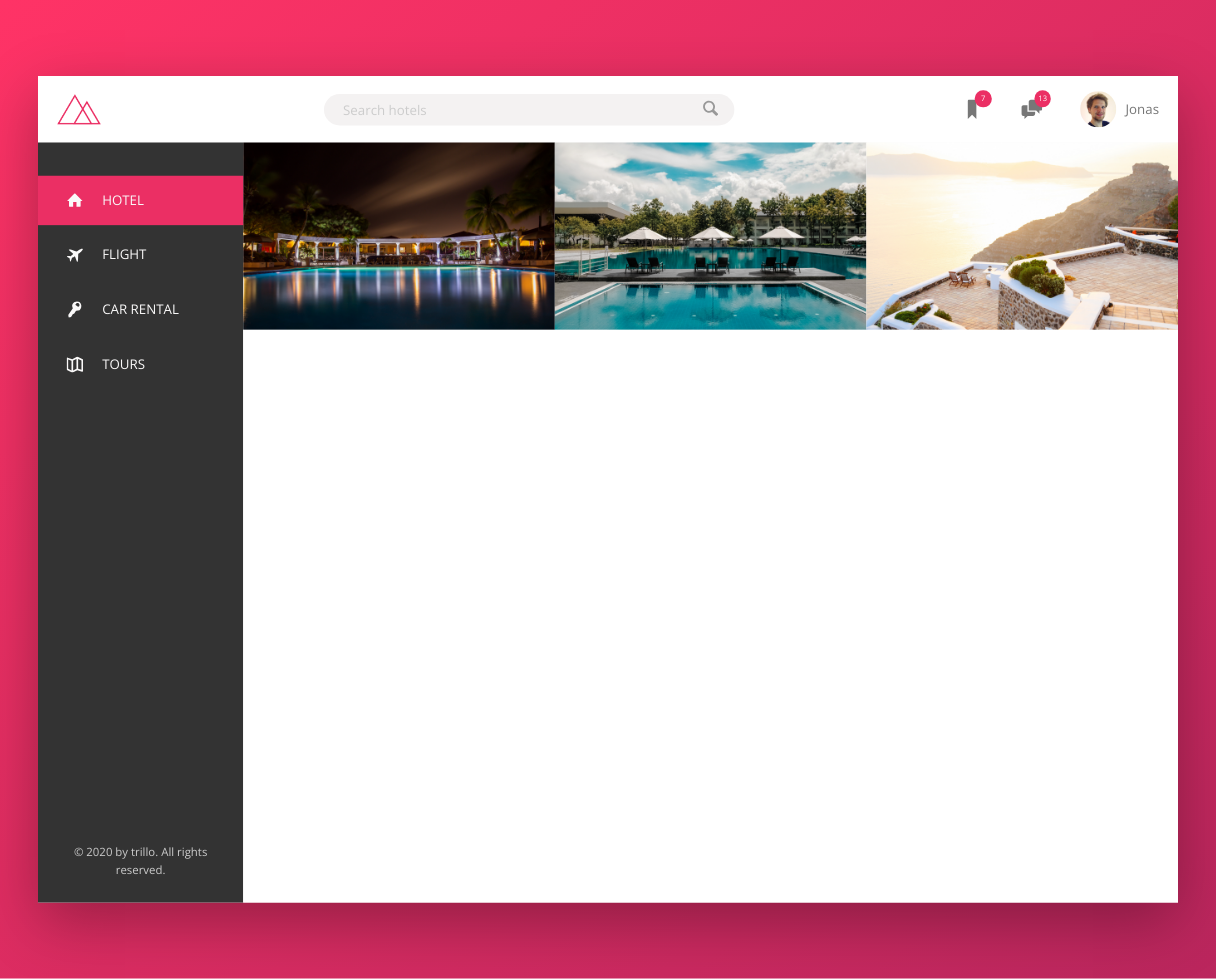
Repository: Lithium87/Trillo
Page: index.html
The author's editor kept a copy of each file at every save. The page is drawn from the files as they stood at one save, then again after the next save.
The browser window is 1280 px wide. The pictures show the whole page, at 95% of full size.
The style sheet was rebuilt from its Sass, Less or Tailwind sources for each picture, by a compiler version that may differ from the author's.

Above is the page before, as saved 2020-05-16 21:02:17.

After the next save:
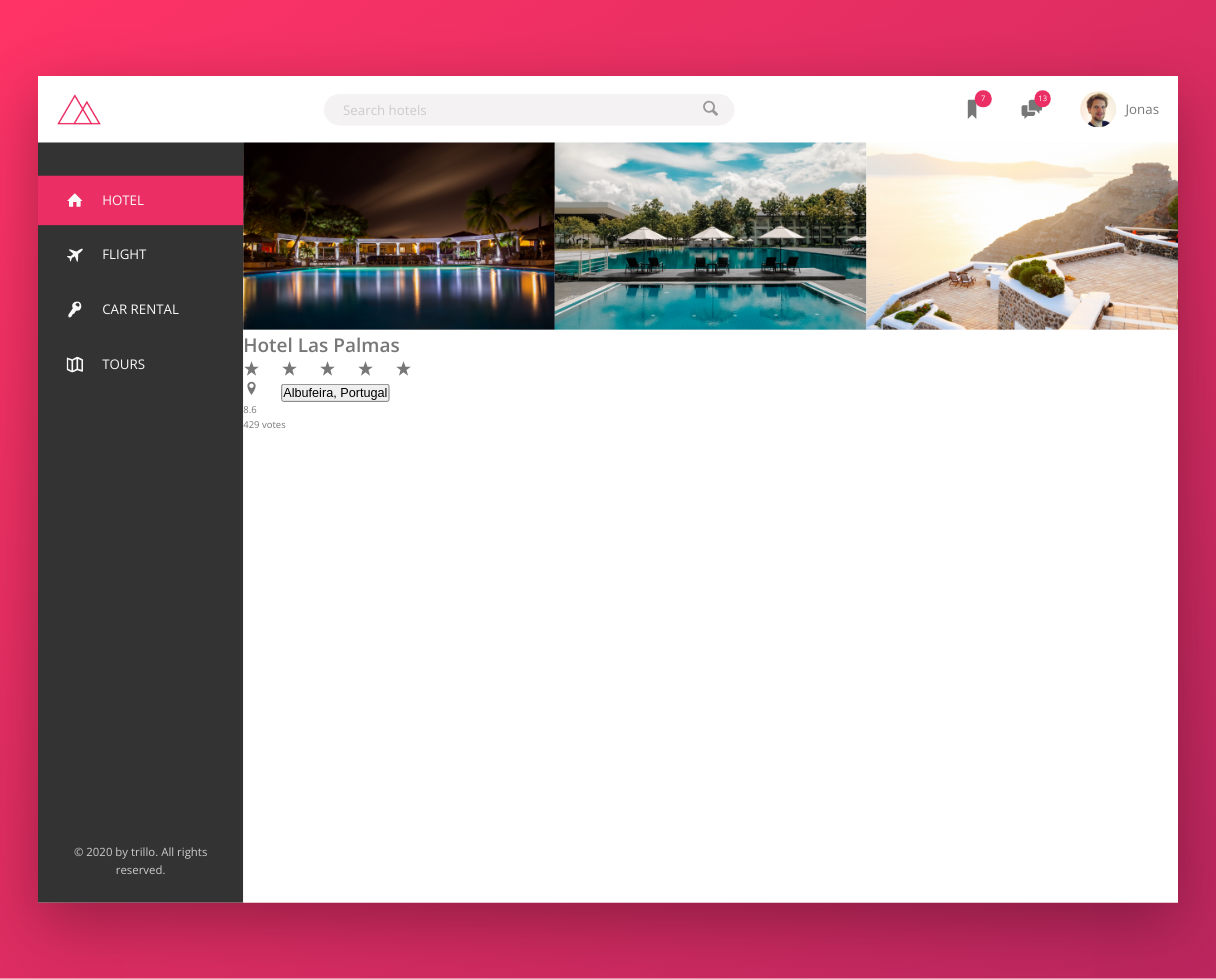
Saved 15 min 26 s later.
--- a/index.html
+++ b/index.html
@@ -96,6 +96,36 @@
                         <img src="img/hotel-3.jpg" alt="Photo of hotel 3" class="gallery__photo">
                     </figure>
                 </div>
+                <div class="overview">
+                    <h1 class="overview__heading">Hotel Las Palmas</h1>
+                    <div class="overview__stars">
+                        <svg class="side-nav__icon">
+                            <use xlink:href="img/stripe.svg#icon-star"></use>
+                        </svg>
+                        <svg class="side-nav__icon">
+                            <use xlink:href="img/stripe.svg#icon-star"></use>
+                        </svg>
+                        <svg class="side-nav__icon">
+                            <use xlink:href="img/stripe.svg#icon-star"></use>
+                        </svg>
+                        <svg class="side-nav__icon">
+                            <use xlink:href="img/stripe.svg#icon-star"></use>
+                        </svg>
+                        <svg class="side-nav__icon">
+                            <use xlink:href="img/stripe.svg#icon-star"></use>
+                        </svg>
+                    </div>
+                    <div class="overview__location">
+                        <svg class="side-nav__icon">
+                            <use xlink:href="img/stripe.svg#icon-location-pin"></use>
+                        </svg>
+                        <button class="btn-inline">Albufeira, Portugal</button>
+                    </div>
+                    <div class="overview__rating">
+                        <div class="overview__rating-average">8.6</div>
+                        <div class="overview__rating-count">429 votes</div>
+                    </div>
+                </div>
             </main>
         </div>
     </div>
